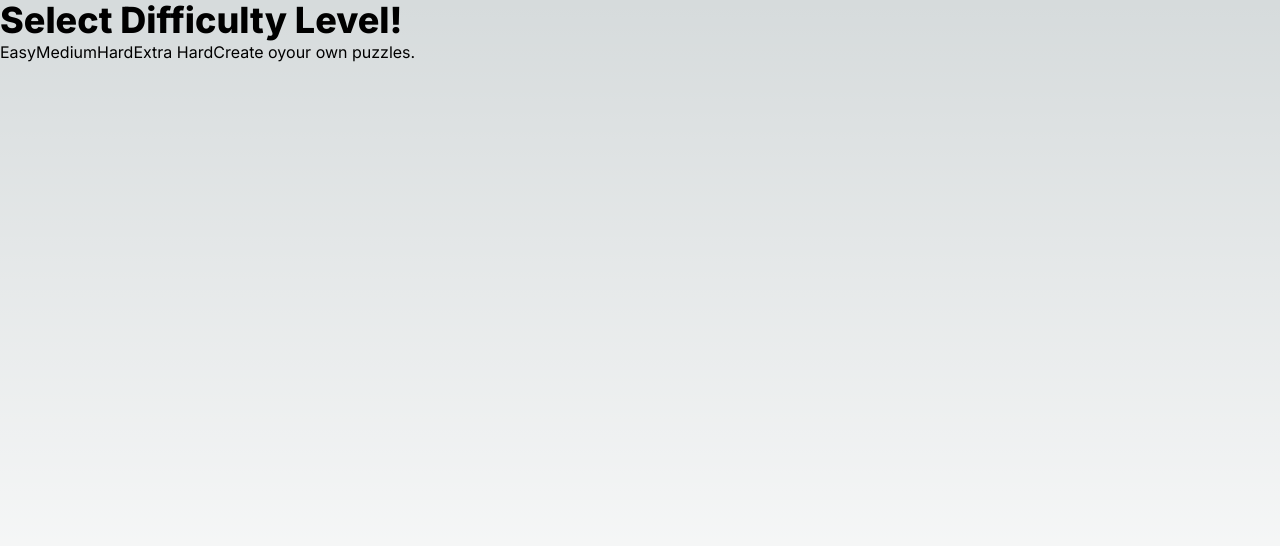
Repository: badhon252/sudoku
Page: /level
An editor plug-in stored every save of this project. The page is shown before and after the next save, followed by the edit.
The browser window is 1280 px wide. The pictures show the whole page.
The project was rebuilt for these pictures with package versions that can differ from the ones it lists, and the page was loaded fresh each time. The framework's server and built-in components were replaced by stand-ins that run in the browser. Also part of the build but not shown: next.config.js.

Above is the page before, as saved 2023-06-04 21:47:53.

After the next save:
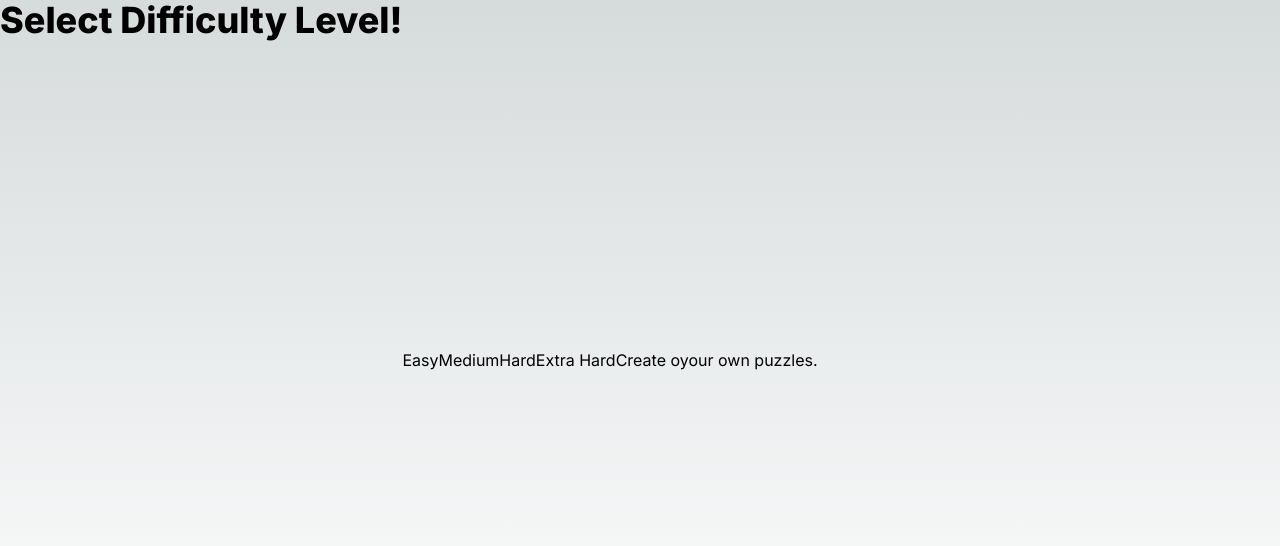
Saved 6 s later.
--- a/app/level/page.tsx
+++ b/app/level/page.tsx
@@ -2,7 +2,7 @@ import React from 'react'
 
 export default function Level() {
   return (
-    <div className='min-h-screen'>
+    <div className='min-h-screen flex'>
         <h1 className='text-4xl font-extrabold'>Select Difficulty Level! </h1>
         <button>Easy</button>
         <button>Medium</button>
